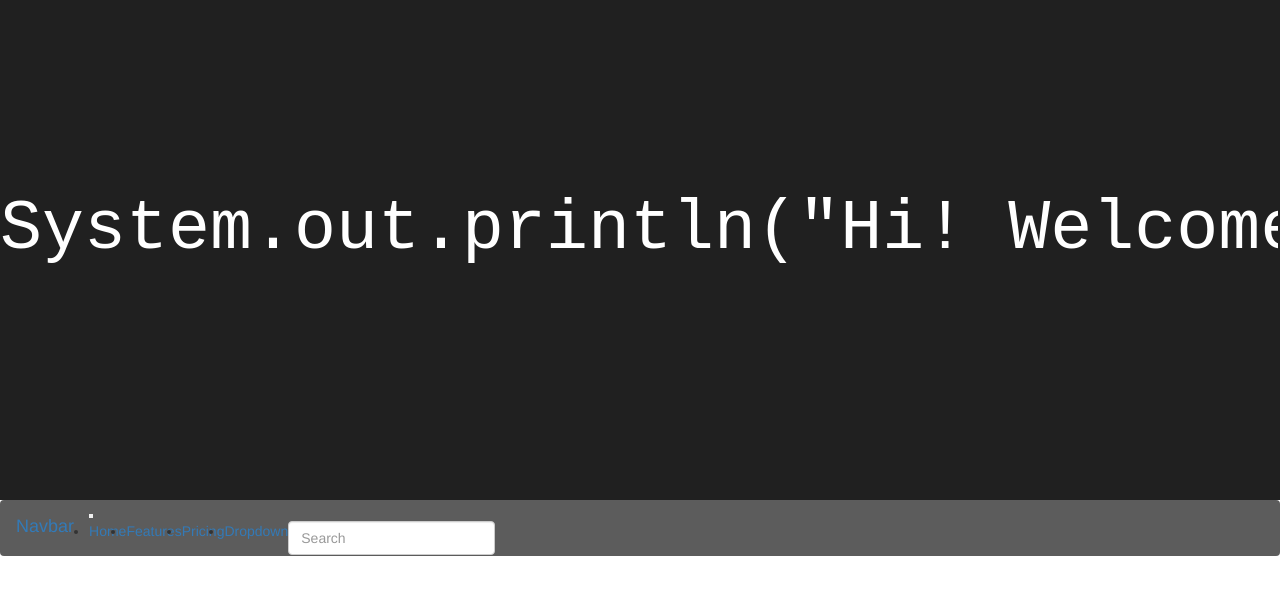
Repository: janry-gracia/Divinagracia_FinalProject
Page: Pages/storyofmylife.html
An editor plug-in stored every save of this project. The page is shown before and after the next save, followed by the edit.
The browser window is 1280 px wide. The pictures show the whole page.

Above is the page before, as saved 2021-05-18 01:21:55.
Console error: TypeError: Cannot read properties of null (reading 'addEventListener')

### Pages/storyofmylife.html
<!DOCTYPE html>
<html lang="en">
<head>
    <meta charset="UTF-8">
    <meta http-equiv="X-UA-Compatible" content="IE=edge">
    <meta name="viewport" content="width=device-width, initial-scale=1.0">
    <title>Story of My Life</title>
    <link rel="stylesheet" href="https://maxcdn.bootstrapcdn.com/bootstrap/3.4.1/css/bootstrap.min.css">
    <script src="https://ajax.googleapis.com/ajax/libs/jquery/3.5.1/jquery.min.js"></script>
    <script src="https://maxcdn.bootstrapcdn.com/bootstrap/3.4.1/js/bootstrap.min.js"></script>
    <link rel="stylesheet" href="/css/bootstrap.css">
    <link rel="stylesheet" href="/css/storyofmylife.css">
</head>
<body>

    <div class="container-fluid ">

        <div class="container-fluid message">
            <p class="message typewriter">System.out.println("Hi! Welcome to my LIFE.")</p>
        </div>

        <!--Navbar-->
<nav class="navbar navbar-expand-lg navbar-dark primary-color">

    <!-- Navbar brand -->
    <a class="navbar-brand" href="#">Navbar</a>

    <!-- Collapse button -->
    <button class="navbar-toggler" type="button" data-toggle="collapse" data-target="#basicExampleNav"
      aria-controls="basicExampleNav" aria-expanded="false" aria-label="Toggle navigation">
      <span class="navbar-toggler-icon"></span>
    </button>

    <!-- Collapsible content -->
    <div class="collapse navbar-collapse" id="basicExampleNav">

      <!-- Links -->
      <ul class="navbar-nav mr-auto">
        <li class="nav-item active">
          <a class="nav-link" href="#">Home
            <span class="sr-only">(current)</span>
          </a>
        </li>
        <li class="nav-item">
          <a class="nav-link" href="#">Features</a>
        </li>
        <li class="nav-item">
          <a class="nav-link" href="#">Pricing</a>
        </li>

        <!-- Dropdown -->
        <li class="nav-item dropdown">
          <a class="nav-link dropdown-toggle" id="navbarDropdownMenuLink" data-toggle="dropdown"
            aria-haspopup="true" aria-expanded="false">Dropdown</a>
          <div class="dropdown-menu dropdown-primary" aria-labelledby="navbarDropdownMenuLink">
            <a class="dropdown-item" href="#">Action</a>
            <a class="dropdown-item" href="#">Another action</a>
            <a class="dropdown-item" href="#">Something else here</a>
          </div>
        </li>

      </ul>
      <!-- Links -->

      <form class="form-inline">
        <div class="md-form my-0">
          <input class="form-control mr-sm-2" type="text" placeholder="Search" aria-label="Search">
        </div>
      </form>
    </div>
    <!-- Collapsible content -->

  </nav>
  <!--/.Navbar-->





    </div>


    <script src ="/js/jquery-3.6.0.min.js"></script>
    <script src="/js/bootstrap.js"></script>
    <script src="/js/script.js"></script>

</body>
</html>

### css/storyofmylife.css
@import url('https://fonts.googleapis.com/css2?family=Fira+Code:wght@300;400;500&display=swap');

*{
    padding: 0;
    margin: 0;
    box-sizing: border-box;
}

html, body{
    height: 100%;
    width: 100%;

}

.container-fluid{
    padding: 0;
    margin: 0;
    box-sizing: border-box;
}

div.message{
    height: 500px;
    background-color: rgb(32, 32, 32);
    text-align: center;

}

p.message{
    margin-top: 180px;
    font-family: 'Fire Code', monospace;
    font-size: 5em;
    font-weight: 200;
    color: white;
    border-right: solid 2px rgb(255, 255, 255);
    white-space: nowrap;
    overflow: hidden;
    animation: animated-text 4s steps(45,end) 1s 1 normal both ,
               animated-cursor 1000ms steps(45,end) infinite alternate;
}

.navbar{
    background-color: rgb(92, 92, 92);
}




  /* Animation */
  @keyframes animated-text{
    from{width: 0%;}
    to{width: 100%;}
  }

  /* cursor animations */

  @keyframes animated-cursor{
    from{border-right-color: rgb(255, 255, 255);}
    to{border-right-color: transparent;}
  }

### js/script.js
let btn1= document.querySelector(".box1");
let btn2 = document.querySelector(".box2");
let text = document.querySelector(".greeting");
let frontpage = document.querySelector(".frontpage");
let secondpage = document.querySelector(".secondpage");
let button = document.querySelector(".button");
let logo = document.querySelector(".logo");



btn1.addEventListener("click", function() {
    btn1.classList.add("box1transition");
    btn1.style.transition = "transform 3s";
    btn2.classList.add("box2transition");
    btn2.style.transition = "transform 3s";
    text.style.animationName = "hidecontent";

    setTimeout(function () {
        window.open('Pages/backpage.html', '_self');
    }, 2500);

});


btn2.addEventListener("click", function() {
    btn1.classList.add("box1transition");
    btn1.style.transition = "transform 3s";
    btn2.classList.add("box2transition");
    btn2.style.transition = "transform 3s";
    text.style.animationName = "hidecontent";
    setTimeout(function () {
        window.open('Pages/backpage.html', '_self');
    }, 2500);

});


text.addEventListener("click", function() {
    btn1.classList.add("box1transition");
    btn1.style.transition = "transform 3s";
    btn2.classList.add("box2transition");
    btn2.style.transition = "transform 3s";
    text.style.animationName = "hidecontent";
    setTimeout(function () {
        window.open('Pages/backpage.html', '_self');
    }, 2500);

});

Loaded but not shown: css/bootstrap.css (library); js/jquery-3.6.0.min.js (library); js/bootstrap.js (library)

After the next save:
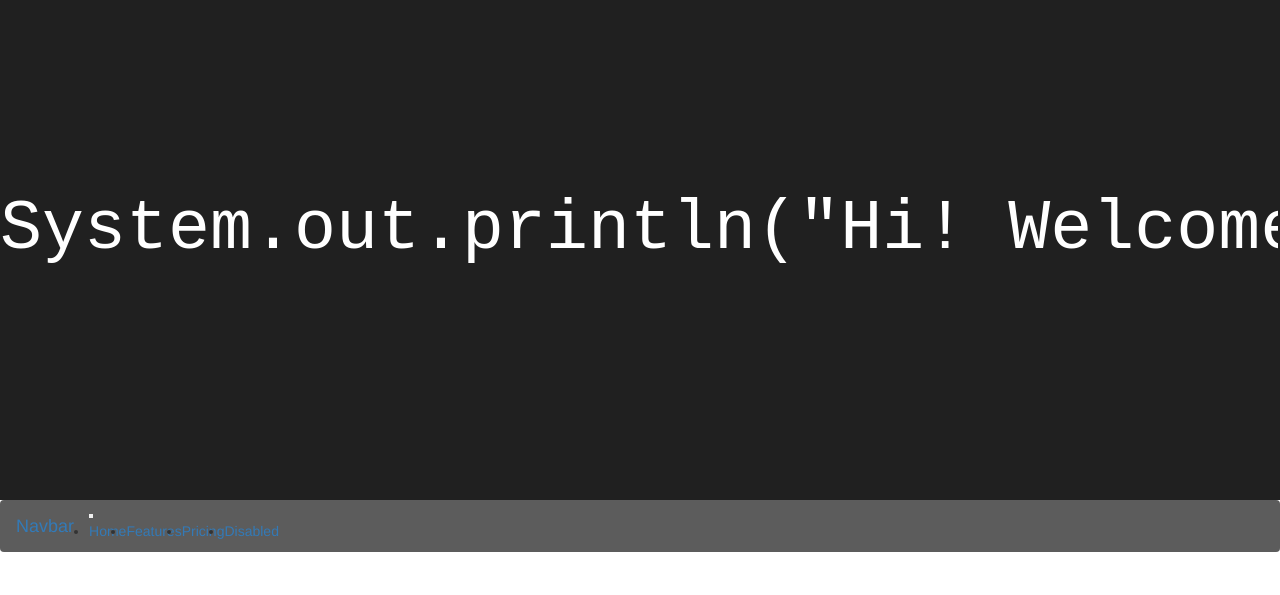
Saved 25 s later.
--- a/Pages/storyofmylife.html
+++ b/Pages/storyofmylife.html
@@ -19,59 +19,29 @@
             <p class="message typewriter">System.out.println("Hi! Welcome to my LIFE.")</p>
         </div>
 
-        <!--Navbar-->
-<nav class="navbar navbar-expand-lg navbar-dark primary-color">
-
-    <!-- Navbar brand -->
-    <a class="navbar-brand" href="#">Navbar</a>
-
-    <!-- Collapse button -->
-    <button class="navbar-toggler" type="button" data-toggle="collapse" data-target="#basicExampleNav"
-      aria-controls="basicExampleNav" aria-expanded="false" aria-label="Toggle navigation">
-      <span class="navbar-toggler-icon"></span>
-    </button>
-
-    <!-- Collapsible content -->
-    <div class="collapse navbar-collapse" id="basicExampleNav">
-
-      <!-- Links -->
-      <ul class="navbar-nav mr-auto">
-        <li class="nav-item active">
-          <a class="nav-link" href="#">Home
-            <span class="sr-only">(current)</span>
-          </a>
-        </li>
-        <li class="nav-item">
-          <a class="nav-link" href="#">Features</a>
-        </li>
-        <li class="nav-item">
-          <a class="nav-link" href="#">Pricing</a>
-        </li>
-
-        <!-- Dropdown -->
-        <li class="nav-item dropdown">
-          <a class="nav-link dropdown-toggle" id="navbarDropdownMenuLink" data-toggle="dropdown"
-            aria-haspopup="true" aria-expanded="false">Dropdown</a>
-          <div class="dropdown-menu dropdown-primary" aria-labelledby="navbarDropdownMenuLink">
-            <a class="dropdown-item" href="#">Action</a>
-            <a class="dropdown-item" href="#">Another action</a>
-            <a class="dropdown-item" href="#">Something else here</a>
-          </div>
-        </li>
-
-      </ul>
-      <!-- Links -->
-
-      <form class="form-inline">
-        <div class="md-form my-0">
-          <input class="form-control mr-sm-2" type="text" placeholder="Search" aria-label="Search">
-        </div>
-      </form>
-    </div>
-    <!-- Collapsible content -->
-
-  </nav>
-  <!--/.Navbar-->
+        <nav class="navbar navbar-expand-lg navbar-dark primary-color">
+            <a class="navbar-brand" href="#">Navbar</a>
+            <button class="navbar-toggler" type="button" data-toggle="collapse" data-target="#navbarNav"
+              aria-controls="navbarNav" aria-expanded="false" aria-label="Toggle navigation">
+              <span class="navbar-toggler-icon"></span>
+            </button>
+            <div class="collapse navbar-collapse" id="navbarNav">
+              <ul class="navbar-nav">
+                <li class="nav-item active">
+                  <a class="nav-link" href="#">Home <span class="sr-only">(current)</span></a>
+                </li>
+                <li class="nav-item">
+                  <a class="nav-link" href="#">Features</a>
+                </li>
+                <li class="nav-item">
+                  <a class="nav-link" href="#">Pricing</a>
+                </li>
+                <li class="nav-item">
+                  <a class="nav-link disabled" href="#">Disabled</a>
+                </li>
+              </ul>
+            </div>
+          </nav>
 
 
 
